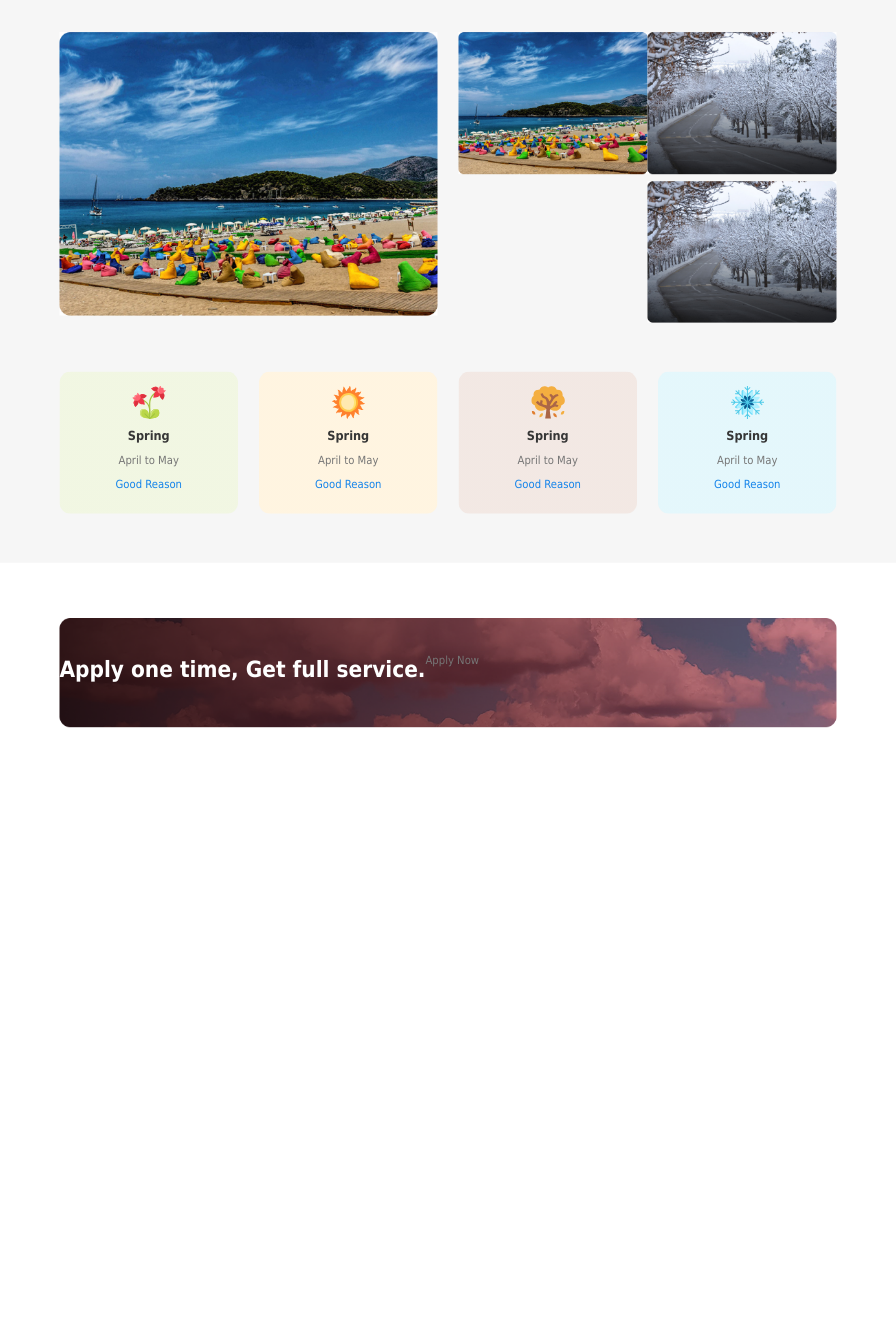
Repository: cvminhquan/turkey
Page: index.html
These files come from the project's save history. The page is drawn as it stood at one moment and after the next save; the edit follows.
The browser window is 1280 px wide. The pictures show the part of the page from y = 3007 to 4927 px (the page is 30000 px tall), at 70% of full size.
The style sheet was rebuilt from its Sass, Less or Tailwind sources for each picture, by a compiler version that may differ from the author's.

Above is the page before, as saved 2022-09-15 23:03:46.

After the next save:
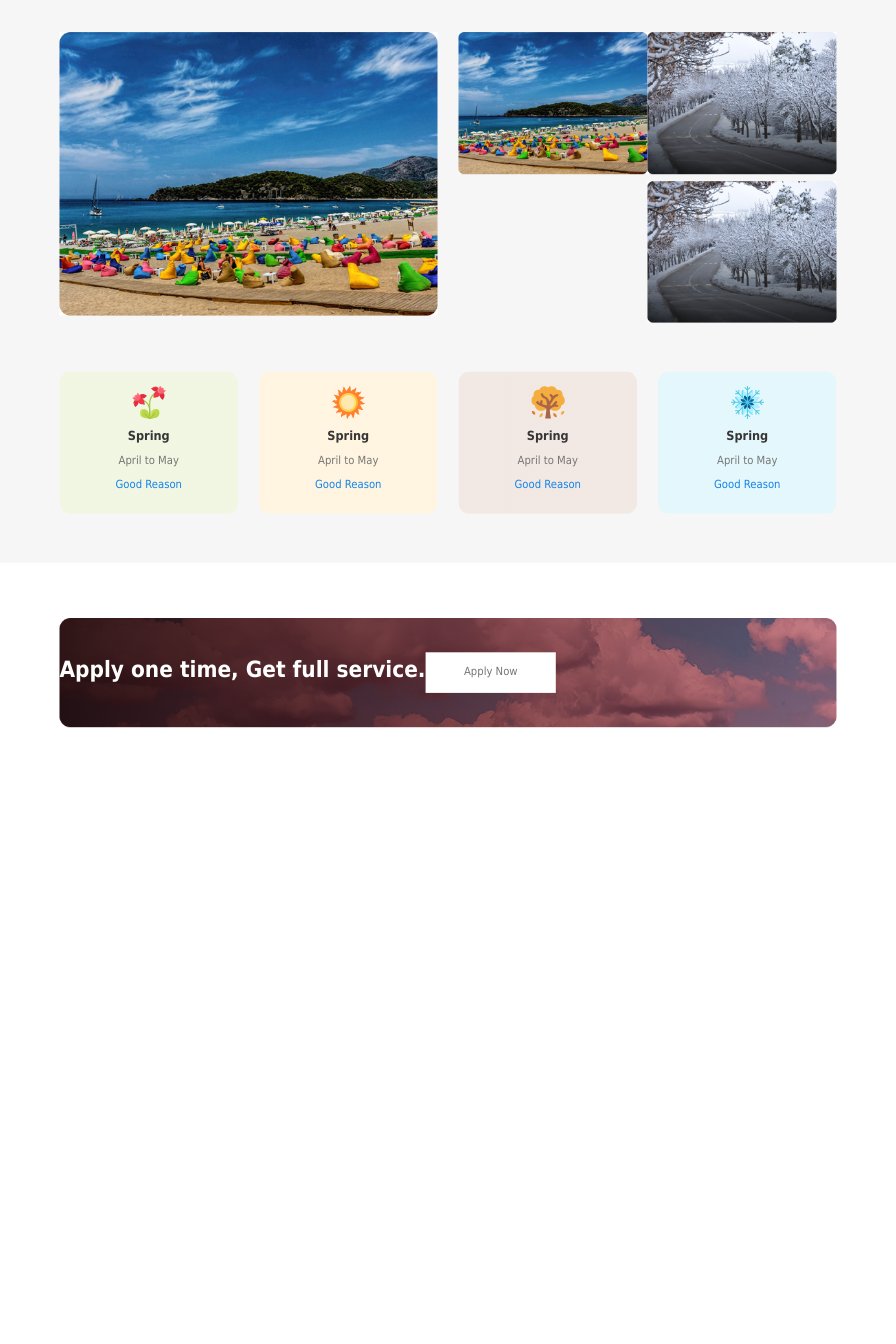
Saved 20 s later.
--- a/index.html
+++ b/index.html
@@ -246,7 +246,7 @@
                 <div class="container">
                     <div class="ad-infor d-flex">
                         <p class="text-center ad-infor-title">Apply one time, Get full service.</p>
-                        <a href="">Apply Now</a>
+                        <a href="" class="apply">Apply Now</a>
                     </div>
                 </div>
             </div>
